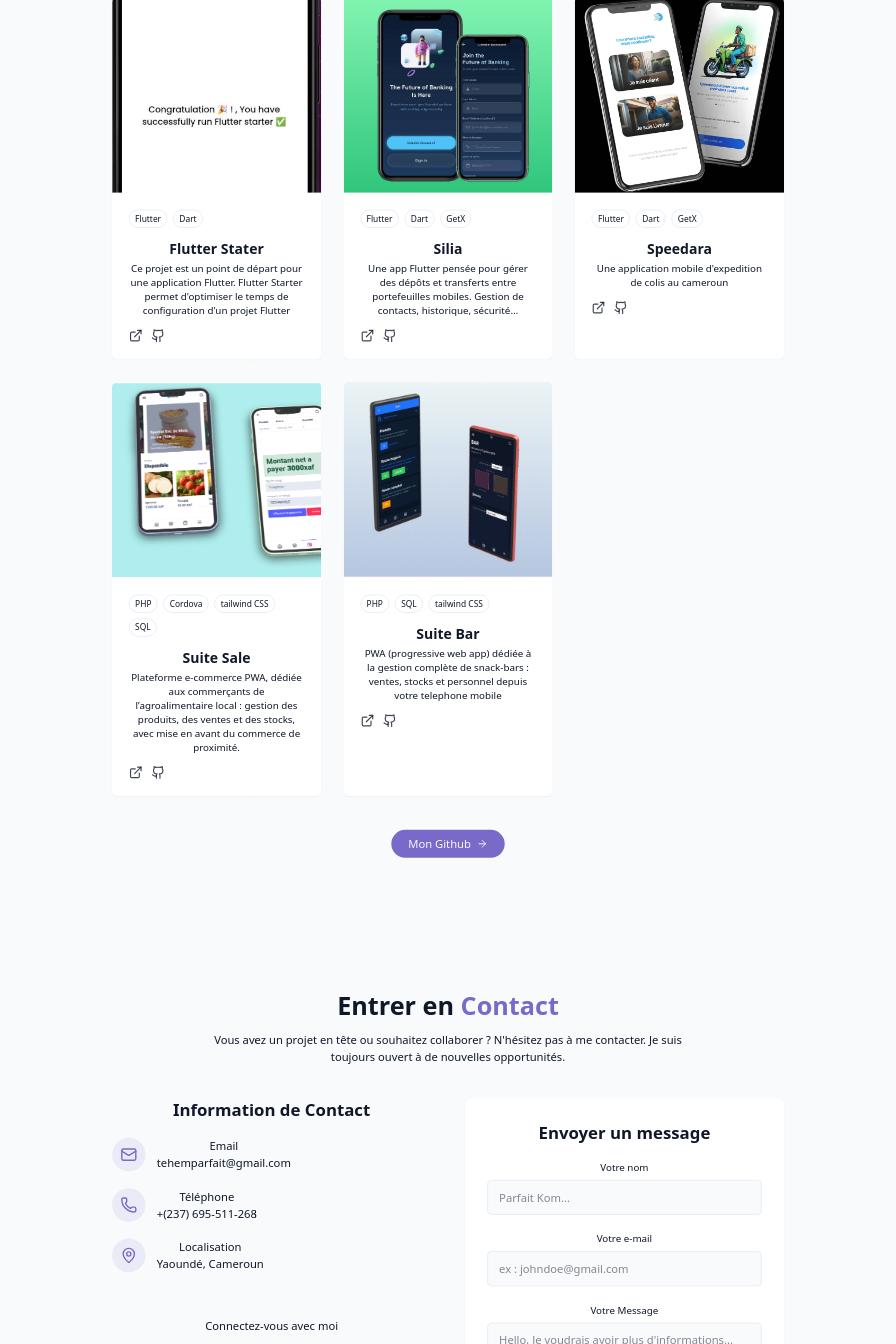
Repository: KOMI18/komi-folio
Page: /
The author's editor kept a copy of each file at every save. The page is drawn from the files as they stood at one save, then again after a run of saves.
The browser window is 1280 px wide. The pictures show the part of the page from y = 4179 to 6099 px (the page is 6505 px tall), at 70% of full size.
The project was rebuilt for these pictures with package versions that can differ from the ones it lists, and the page was loaded fresh each time. Also part of the build but not shown: vite.config.js, src/pages/NotFound.jsx.

Above is the page before, as saved 2025-06-28 13:14:08.

After the next 4 saves:
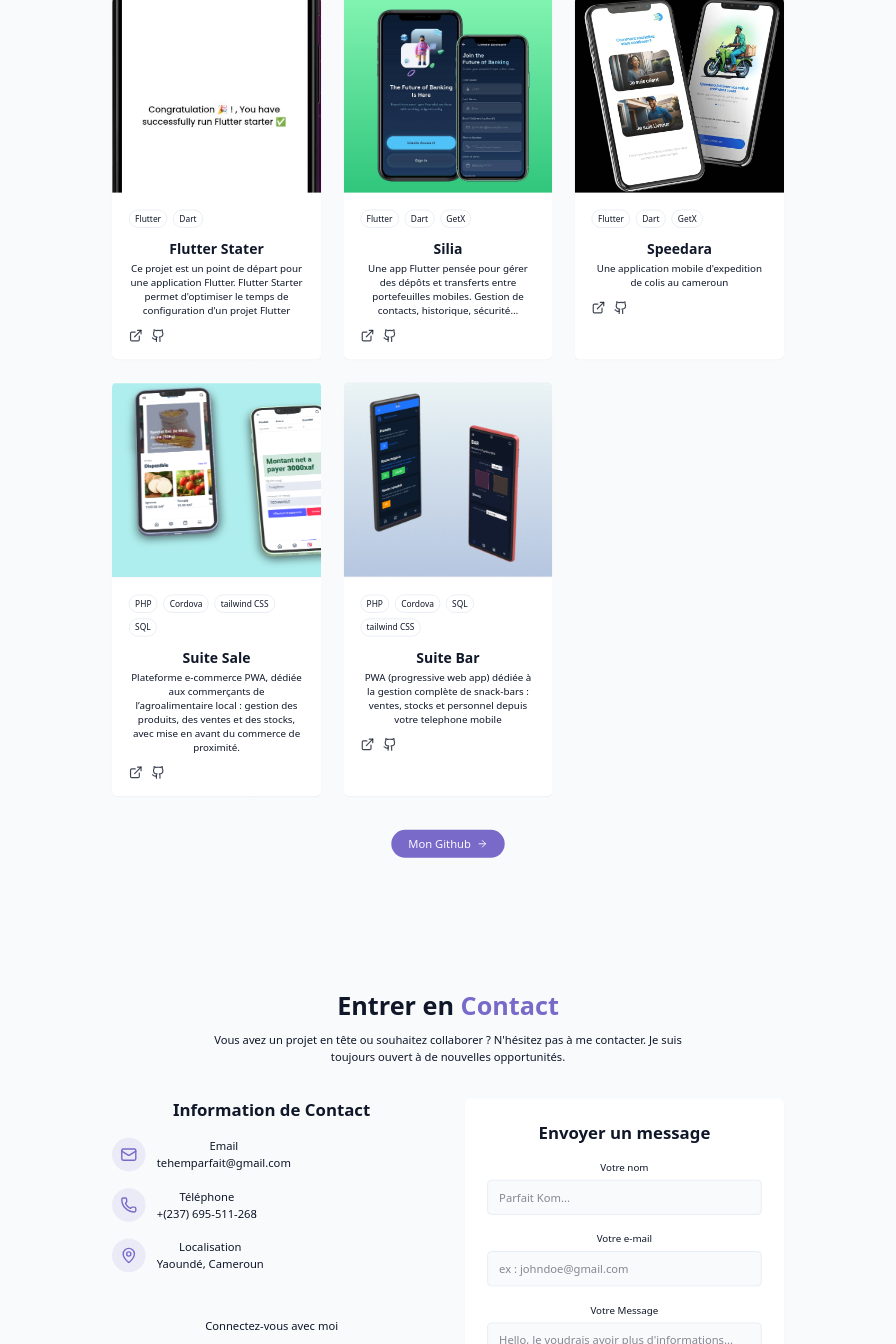
The 4 saves are shown as one change because they came seconds apart.
The last was saved 15 s later.
--- a/src/components/ProjectsSection.jsx
+++ b/src/components/ProjectsSection.jsx
@@ -48,7 +48,7 @@ const projects = [
     description:
       "PWA (progressive web app) dédiée à la gestion complète de snack-bars : ventes, stocks et personnel depuis votre telephone mobile",
     image: "/projects/suite.png",
-    tags: ["PHP", "SQL", "tailwind CSS"],
+    tags: ["PHP", "Cordova" , "SQL", "tailwind CSS"],
     demoUrl: "https://cosmopharmalindustry.com/bragherstudio.suite-ba/pages/user_login.php",
     githubUrl: "#",
   },
